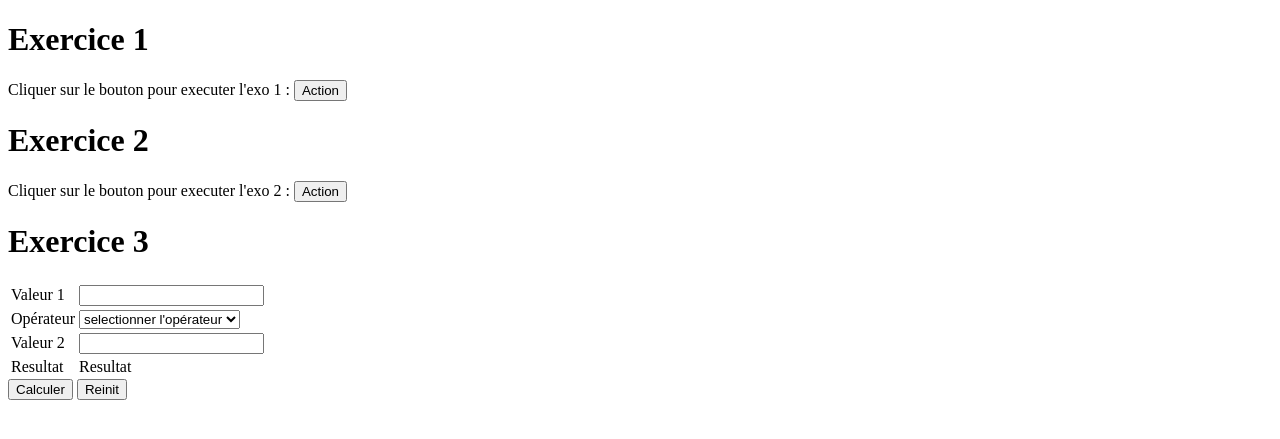
Repository: AgatheLM/formation_js
Page: insee-travaux-js/insee-client-js/exo3.html
An editor plug-in stored every save of this project. The page is shown before and after the next save, followed by the edit.
The browser window is 1280 px wide. The pictures show the whole page.

Above is the page before, as saved 2018-01-24 15:33:52.

After the next save:
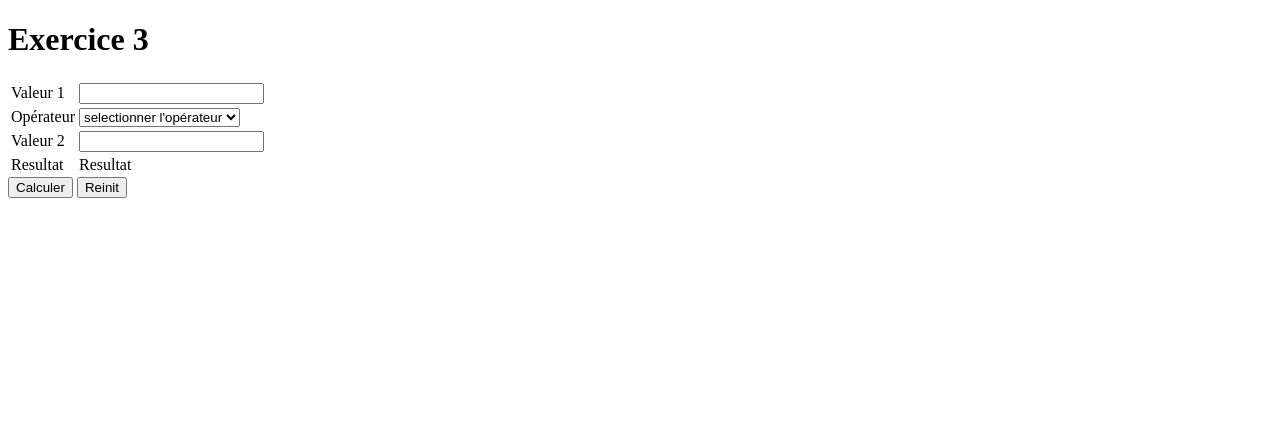
Saved 24 s later.
--- a/insee-travaux-js/insee-client-js/exo3.html
+++ b/insee-travaux-js/insee-client-js/exo3.html
@@ -3,22 +3,10 @@
 <head>
 <meta charset="utf-8">
 <meta http-equiv="X-UA-Compatible" content="IE=edge">
-<title>Ma page de calcul</title>
-<script type="text/javascript" src="scripts/main.js"></script>
+<title>Exercice 3</title>
+<script type="text/javascript" src="scripts/exo3.js"></script>
 </head>
 <body>
-
-	<h1>Exercice 1</h1>
-	<form action="">
-		Cliquer sur le bouton pour executer l'exo 1 : <input type="button"
-			value="Action" onclick="main()" />
-	</form>
-
-	<h1>Exercice 2</h1>
-	<form action="">
-		Cliquer sur le bouton pour executer l'exo 2 : <input type="button"
-			value="Action" onclick="main_exo2()" />
-	</form>
 
 	<h1>Exercice 3</h1>
 	<form action="">
